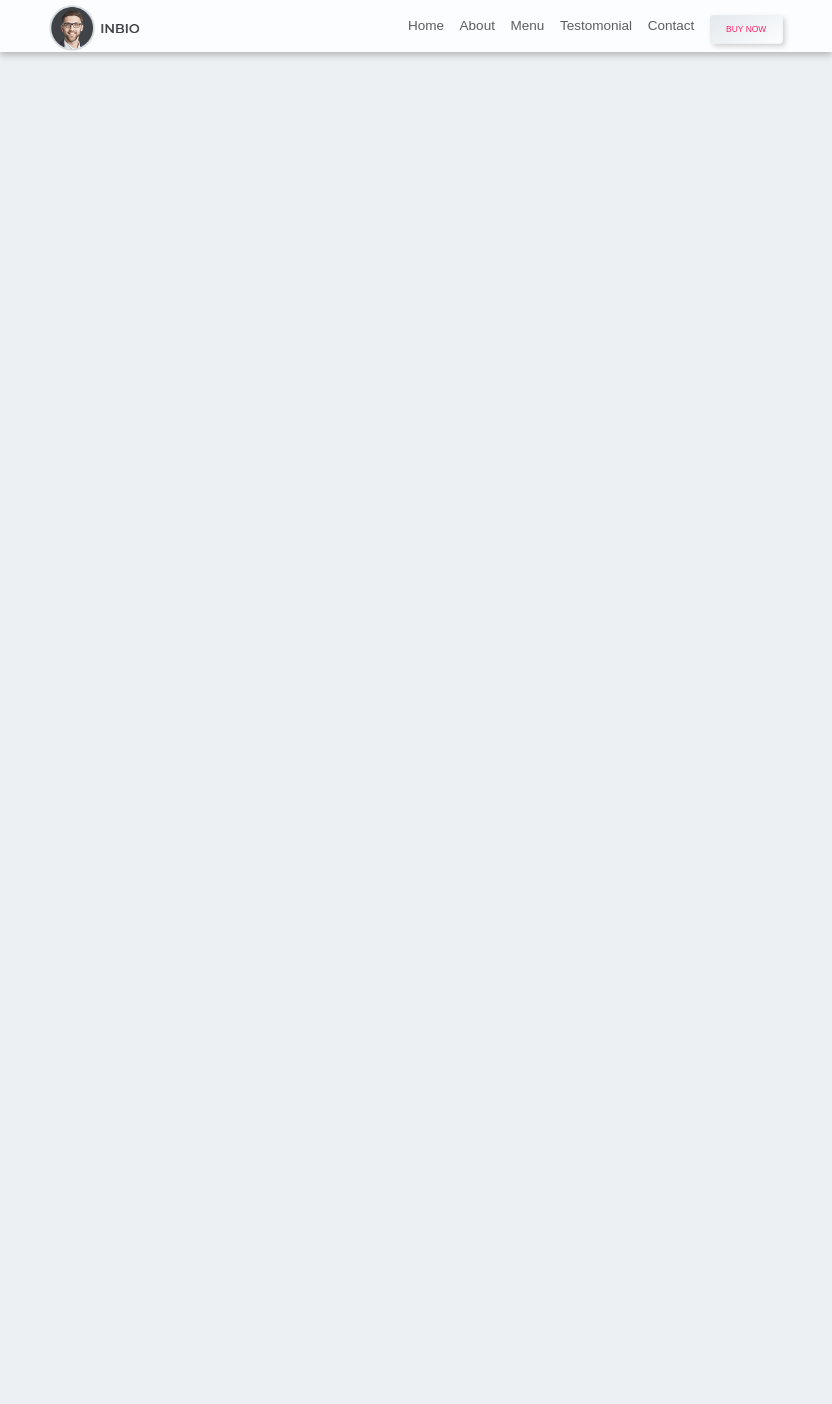
Repository: Sanjayjangra88/PortFolio
Page: /
The author's editor kept a copy of each file at every save. The page is drawn from the files as they stood at one save, then again after the next save.
The browser window is 1280 px wide. The pictures show the whole page, at 65% of full size.
Some web libraries are served in a nearby version. The project was rebuilt for these pictures with package versions that can differ from the ones it lists, and the page was loaded fresh each time. Imported but missing from the stored project, and not drawn on this page: src/Components/Header/Navbar.

Above is the page before, as saved 2022-09-10 17:53:49.

### public/index.html
<!DOCTYPE html>
<html lang="en">
  <head>
    <meta charset="utf-8" />
    <link rel="icon" href="%PUBLIC_URL%/favicon.ico" />
    <meta name="viewport" content="width=device-width, initial-scale=1" />
    <meta name="theme-color" content="#000000" />
    <meta
      name="description"
      content="Web site created using create-react-app"
    />
    <link rel="apple-touch-icon" href="%PUBLIC_URL%/logo192.png" />
    <!--
      manifest.json provides metadata used when your web app is installed on a
      user's mobile device or desktop. See https://developers.google.com/web/fundamentals/web-app-manifest/
    -->
    <link rel="manifest" href="%PUBLIC_URL%/manifest.json" />
    <link rel="stylesheet" href="https://cdnjs.cloudflare.com/ajax/libs/font-awesome/6.1.1/css/all.min.css" integrity="sha512-KfkfwYDsLkIlwQp6LFnl8zNdLGxu9YAA1QvwINks4PhcElQSvqcyVLLD9aMhXd13uQjoXtEKNosOWaZqXgel0g==" crossorigin="anonymous" referrerpolicy="no-referrer" />

    <!--
      Notice the use of %PUBLIC_URL% in the tags above.
      It will be replaced with the URL of the `public` folder during the build.
      Only files inside the `public` folder can be referenced from the HTML.

      Unlike "/favicon.ico" or "favicon.ico", "%PUBLIC_URL%/favicon.ico" will
      work correctly both with client-side routing and a non-root public URL.
      Learn how to configure a non-root public URL by running `npm run build`.
    -->

    <link rel="manifest" href="%PUBLIC_URL%/manifest.json" />
    <link href="https://cdn.jsdelivr.net/npm/bootstrap@5.0.2/dist/css/bootstrap.min.css" rel="stylesheet" integrity="sha384-EVSTQN3/azprG1Anm3QDgpJLIm9Nao0Yz1ztcQTwFspd3yD65VohhpuuCOmLASjC" crossorigin="anonymous">
    <title>React App</title>
  </head>
  <body>
    <noscript>You need to enable JavaScript to run this app.</noscript>
    <div id="root"></div>
    <script src="https://kit.fontawesome.com/7578c5a215.js" crossorigin="anonymous"></script>
    <!--
      This HTML file is a template.
      If you open it directly in the browser, you will see an empty page.

      You can add webfonts, meta tags, or analytics to this file.
      The build step will place the bundled scripts into the <body> tag.

      To begin the development, run `npm start` or `yarn start`.
      To create a production bundle, use `npm run build` or `yarn build`.
    -->

    <script src="https://cdn.jsdelivr.net/npm/@popperjs/core@2.9.2/dist/umd/popper.min.js" integrity="sha384-IQsoLXl5PILFhosVNubq5LC7Qb9DXgDA9i+tQ8Zj3iwWAwPtgFTxbJ8NT4GN1R8p" crossorigin="anonymous"></script>
<script src="https://cdn.jsdelivr.net/npm/bootstrap@5.0.2/dist/js/bootstrap.min.js" integrity="sha384-cVKIPhGWiC2Al4u+LWgxfKTRIcfu0JTxR+EQDz/bgldoEyl4H0zUF0QKbrJ0EcQF" crossorigin="anonymous"></script>
  </body>
</html>

### src/App.js
import React from 'react'
import Header from './Components/Header/Header';
import "./App.css"

import Navbar from './Components/Header/Navbar';

const App = () => {
  return (
    <>
      <Header/>
      {/* <Navbar/> */}
    </>
  )
}

export default App

### src/Components/Header/Header.jsx
import React, { useState } from "react"
import "./header.css"
import logo from "../Pic/logo.png"

const Header = () => {
return (
    <>
      {/* <header className='header'>
        <div className='container d_flex'>
          <div className='logo'>
            <img src={logo} alt='' />
          </div>

          <div className='navlink'>
            <ul className="nav-links-mobile">
              <li>
                <a href='#home'>home</a>
              </li>
              <li>
                <a href='#features'>features</a>
              </li>
              <li>
                <a href='#portfolio'>portfolio</a>
              </li>
              <li>
                <a href='#resume'>resume</a>
              </li>
              <li>
                <a href='#clients'>clients</a>
              </li>
              <li>
                <a href='#blog'>blog</a>
              </li>
              <li>
                <a href='#contact'>contact</a>
              </li>
              <li>
                <button className='home-btn'>BUY NOW</button>
              </li>
            </ul>


          </div>
        </div>
      </header> */}
        <nav className='navbar'>
        <div className='navbar-container container'>
            <input type="checkbox"name=""id=""/>
            <div className="hamburger-lines">
                <span className='line line1'></span>
                <span className='line line2'></span>
                <span className='line line3'></span>
            </div>
            <ul className='menu-items'>
                <li><a href='#'>Home</a></li>
                <li><a href='#'>About</a></li>
                <li><a href='#'>Menu</a></li>
                <li><a href='#'>Testomonial</a></li>
                <li><a href='#'>Contact</a></li>
                <li><button className='home-btn'>BUY NOW</button></li>

            </ul>
            <h1 className='logo'><img src={logo} alt='my' /></h1>

        </div>
        </nav>
      <section className="demo"></section>
    </>
  )
}

export default Header

### src/App.css
@import url('https://fonts.googleapis.com/css2?family=Dancing+Script&family=EB+Garamond:ital,wght@1,500&family=Roboto+Slab:wght@300&display=swap');
* {
  padding: 0;
  margin: 0;
  box-sizing: border-box;
}
html {
  scroll-behavior: smooth;
}
body {
  font-family: "Poppins", sans-serif;
  background-color: #ecf0f3;
}
.container {
  max-width: 95%;
  margin: auto;
}
.d_flex {
  display: flex;
  justify-content: space-between;
}
.f_flex {
  display: flex;
}
a {
  text-decoration: none;
  color: black;
}
li {
  list-style: none;
}
.uppercase {
  text-transform: uppercase;
}
.capitalize {
  text-transform: capitalize;
}

button {
  border: none;
  outline: none;
  background-color: none;
}

.btn_shadow {
  padding: 18px 25px;
  border-radius: 6px;
  transition: 0.3s all ease;
  cursor: pointer;
  color: #000;
  transition: 0.5s;
}
.btn_shadow {
  background: linear-gradient(145deg, #e2e8ec, #ffffff);
  box-shadow: 4px 4px 8px #cbcbcb, -4px -4px 8px #ffffff;
}
.btn_shadow:hover {
  background: #ff014f;
  color: white;
  transform: translateY(-10px);
}
.box_shodow {
  background: linear-gradient(145deg, #e2e8ec, #ffffff);
  box-shadow: 4px 4px 8px #cbcbcb, -4px -4px 8px #ffffff;
  border-radius: 10px;
}
.row,
.left,
.right {
  width: 50%;
}
.top {
  margin-top: 80px;
}
.mtop {
  margin-top: 40px;
}
.heading {
  margin: 50px 0 50px 0;
}
.heading h4 {
  color: #ff014f;
  letter-spacing: 2px;
  font-weight: 400;
}
.heading h1 {
  font-size: 60px;
  color: #3c3e41;
}
h1 {
  color: #3c3e41;
}
.grid {
  display: grid;
  grid-template-columns: repeat(3, 1fr);
  grid-gap: 35px;
}
p {
  color: #3c3e41;
}
.text-center {
  text-align: center;
}
.primary_color {
  color: #ff014f;
}
textarea,
input {
  width: 100%;
  padding: 20px;
  border-radius: 5px;
  outline: none;
  border: 3px solid #e2e8ec;
  margin-bottom: 20px;
}
/*----------Footer---------*/
footer {
  margin: 20% 0 10% 0;
}
footer p {
  margin-top: 30px;
}
/*----------Footer---------*/
@media (max-width: 768px) {
  .grid {
    grid-template-columns: repeat(2, 1fr);
  }
  .left,
  .right {
    width: 100%;
  }
  }

### src/Components/Header/header.css

*,
*::after,
*::before{
    box-sizing: border-box;
    padding: 0;
    margin: 0;
}

.html{
    font-size: 62.5%;
}

.navbar input[type="checkbox"],
.navbar .hamburger-lines{
    display: none;
}

.container{
    max-width: 1200px;
    width: 90%;
    margin: auto;
}

.navbar{
    box-shadow: 0px 5px 10px 0px #aaa;
    position: fixed;
    width: 100%;
    background: #FFFFFF;
    color: #000;
    opacity: 0.85;
    z-index: 100;
}

.navbar-container{
    display: flex;
    justify-content: space-between;
    height: 64px;
    align-items: center;
}

.menu-items{
    margin-top: 15px;
    order: 2;
    display: flex;
}
.logo{
    order: 1;
    font-size: 2.3rem;
    margin-bottom: 5px;
}

.menu-items li{
    list-style: none;
    margin-left: 1.5rem;
    font-size: 1.3rem;
}

.navbar a{
    color: #444;
    text-decoration: none;
    font-weight: 500;
    transition: color 0.3s ease-in-out;
}

.navbar a:hover{
    color: #117964;
}
.home-btn:hover {
  background: #ff014f;
  color: white;
}


.home-btn {
  padding: 18px 25px;
  height: 1vh;
  line-height: 1vh;
  font-size: 13px;
  border-radius: 6px;
  transition: 0.3s all ease;
  cursor: pointer;
  height: fit-content;
  color: #ff014f;

}
.home-btn {
  background: linear-gradient(145deg, #e2e8ec, #ffffff);
  box-shadow: 4px 4px 8px #cbcbcb, -4px -4px 8px #ffffff;
}
navbar {
  transition: 0.5s;
  font-size: 13px;
  font-weight: 500;
  letter-spacing: 2px;
}





@media (max-width: 900px){
    .navbar{
        opacity: 0.95;
    }

    .navbar-container input[type="checkbox"],
    .navbar-container .hamburger-lines{
        display: block;
    }

    .navbar-container{
        display: block;
        position: relative;
        height: 64px;
    }

    .navbar-container input[type="checkbox"]{
        position: absolute;
        display: block;
        height: 32px;
        width: 30px;
        top: 20px;
        left: 20px;
        z-index: 5;
        opacity: 0;
        cursor: pointer;
    }

    .navbar-container .hamburger-lines{
        display: block;
        height: 28px;
        width: 35px;
        position: absolute;
        top: 20px;
        left: 20px;
        z-index: 2;
        display: flex;
        flex-direction: column;
        justify-content: space-between;
    }

    .navbar-container .hamburger-lines .line{
        display: block;
        height: 4px;
        width: 100%;
        border-radius: 10px;
        background: #333;
    }

    .navbar-container .hamburger-lines .line1{
        transform-origin: 0% 0%;
        transition: transform 0.3s ease-in-out;
    }

    .navbar-container .hamburger-lines .line2{
        transition: transform 0.2s ease-in-out;
    }

    .navbar-container .hamburger-lines .line3{
        transform-origin: 0% 100%;
        transition: transform 0.3s ease-in-out;
    }

    .navbar .menu-items{
        padding-top: 100px;
        background: #fff;
        height: 100vh;
        max-width: 300px;
        transform: translate(-150%);
        display: flex;
        flex-direction: column;
        margin-left: -40px;
        padding-left: 40px;
        transition: transform 0.5s ease-in-out;
        box-shadow:  5px 0px 10px 0px #aaa;
        overflow: scroll;
    }

    .navbar .menu-items li{
        margin-bottom: 1.8rem;
        font-size: 1.1rem;
        font-weight: 500;
    }

    .logo{
        position: absolute;
        top: 10px;
        right: 15px;
        font-size: 2.5rem;

    }

    .navbar-container input[type="checkbox"]:checked ~ .menu-items{
        transform: translateX(0);
    }

    .navbar-container input[type="checkbox"]:checked ~ .hamburger-lines .line1{
        transform: rotate(45deg);
    }

    .navbar-container input[type="checkbox"]:checked ~ .hamburger-lines .line2{
        transform: scaleY(0);
    }

    .navbar-container input[type="checkbox"]:checked ~ .hamburger-lines .line3{
        transform: rotate(-45deg);
    }
    .home-btn:hover {
      background: #ff014f;
      color: white;

    }


    .home-btn {
      padding: 18px 25px;
      height: 1vh;
      line-height: 1vh;
      font-size: 13px;
      border-radius: 6px;
      transition: 0.3s all ease;
      cursor: pointer;
      height: fit-content;
      color: #ff014f;
      margin-right: 25px;

    }
    .home-btn {
      background: linear-gradient(145deg, #e2e8ec, #ffffff);
      box-shadow: 4px 4px 8px #cbcbcb, -4px -4px 8px #ffffff;
    }

}

@media (max-width: 500px){
    .navbar-container input[type="checkbox"]:checked ~ .logo{
        display: none;
    }
}
.demo{
  height: 300vh;
}

Loaded but not shown: src/index.js (common file); src/index.css (common file); src/reportWebVitals.js (common file)

After the next save:
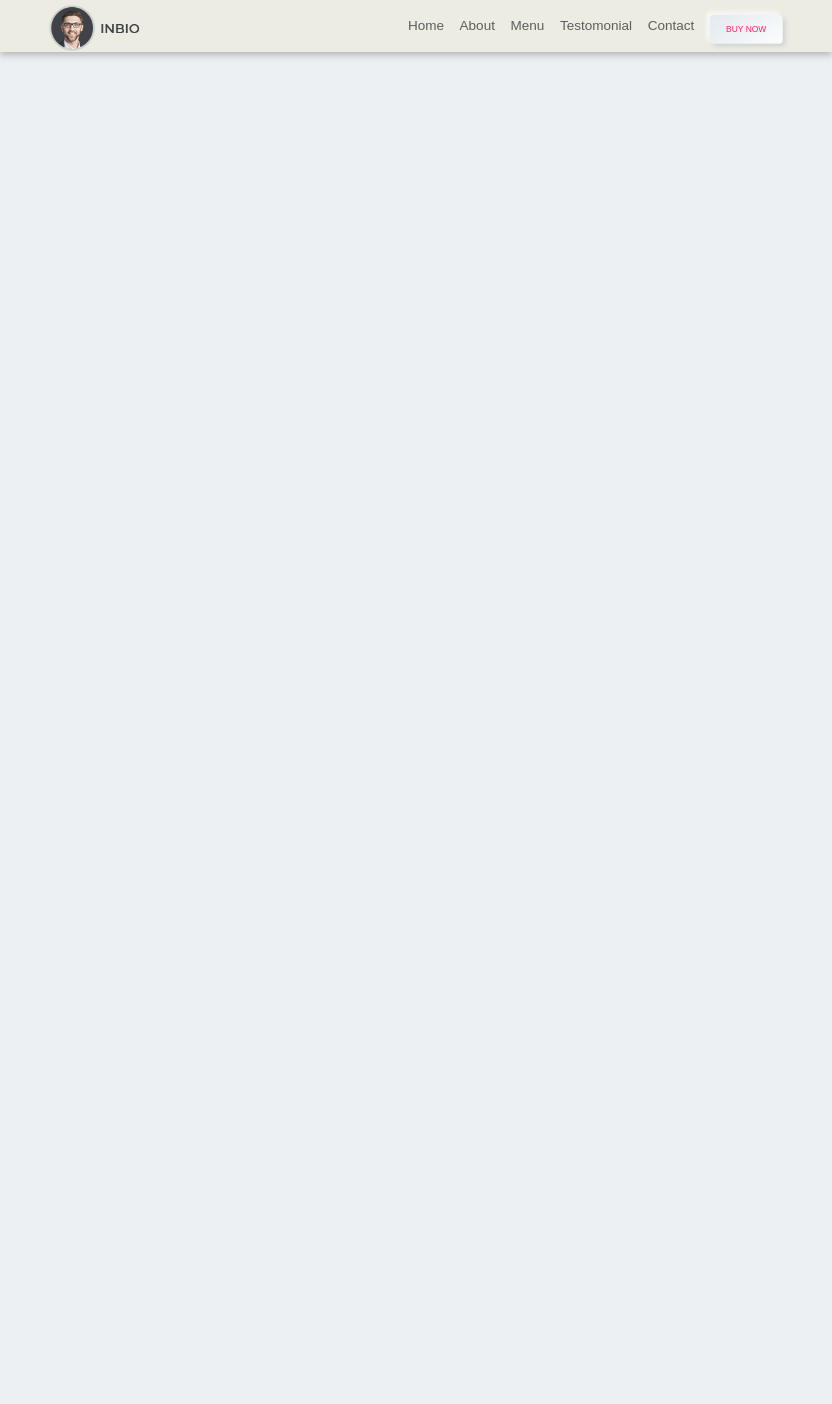
Saved 58 s later.
--- a/src/Components/Header/header.css
+++ b/src/Components/Header/header.css
@@ -26,7 +26,7 @@
     box-shadow: 0px 5px 10px 0px #aaa;
     position: fixed;
     width: 100%;
-    background: #FFFFFF;
+    background: #EDECDE;
     color: #000;
     opacity: 0.85;
     z-index: 100;
